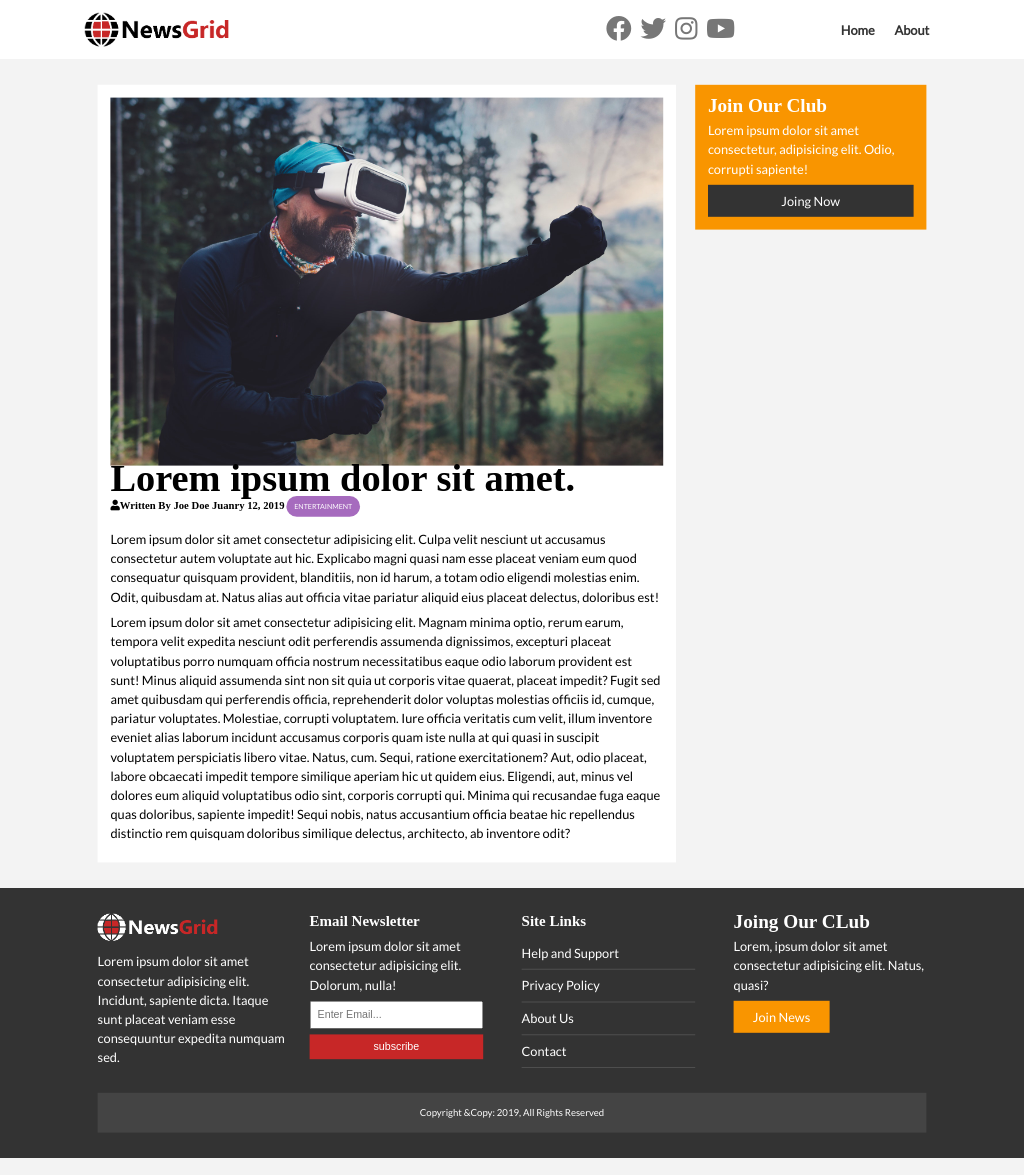
Repository: EswinGiova/NewsGrid
Page: article.html
The author's editor kept a copy of each file at every save. The page is drawn from the files as they stood at one save, then again after the next save.
The browser window is 1280 px wide. The pictures show the whole page, at 80% of full size.
Some web libraries are served in a nearby version.

Above is the page before, as saved 2020-09-20 19:33:52.

After the next save:
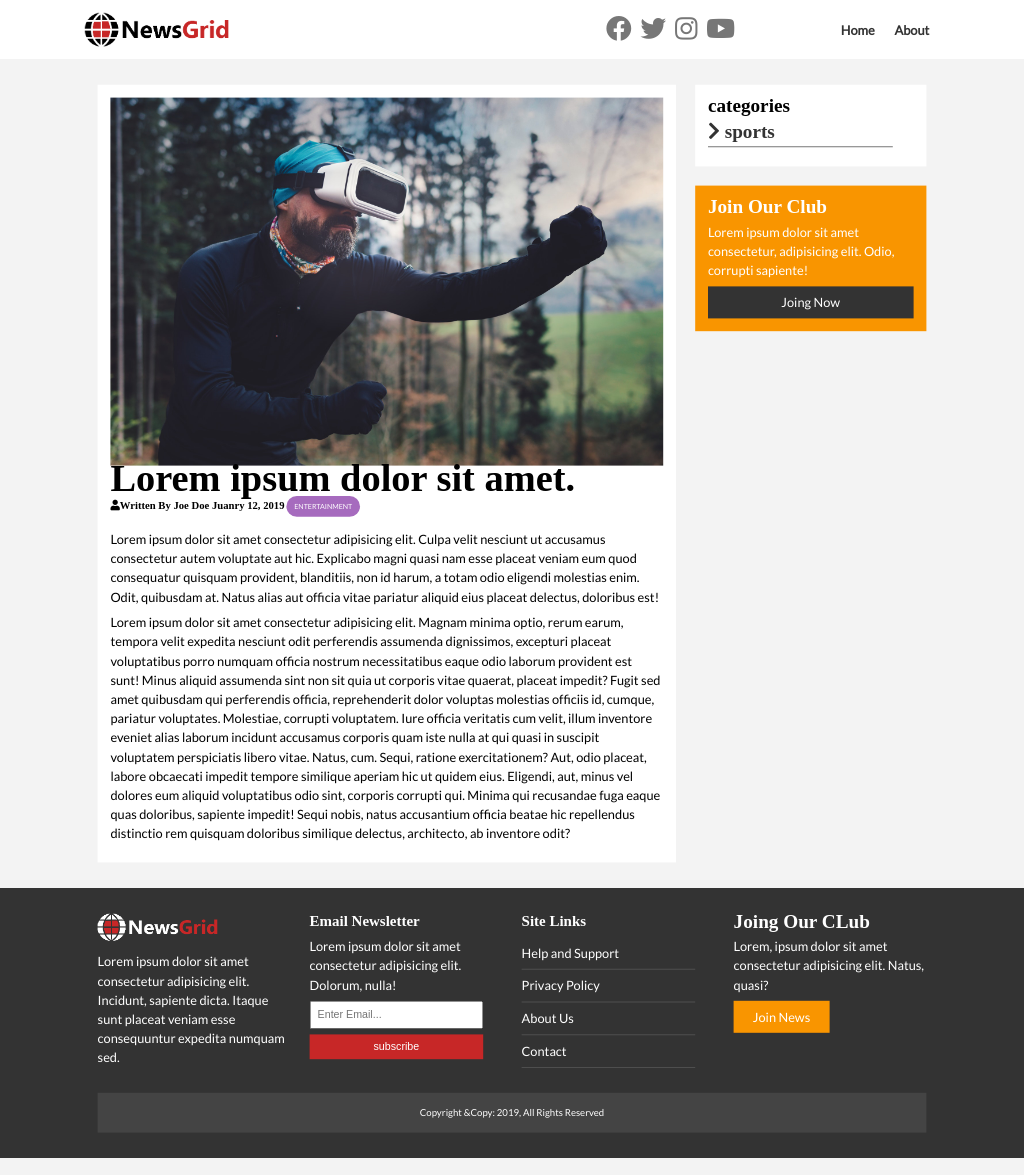
Saved 72 s later.
--- a/article.html
+++ b/article.html
@@ -83,7 +83,16 @@
               similique delectus, architecto, ab inventore odit?
             </p>
           </article>
-
+          <aside id="categories" class="card">
+            <h2>
+              categories
+              <ul class="list">
+                <li>
+                  <a href="#"><i class="fas fa-chevron-right"></i> sports </a>
+                </li>
+              </ul>
+            </h2>
+          </aside>
           <aside class="card bg-secondary">
             <h2>Join Our Club</h2>
             <p>
